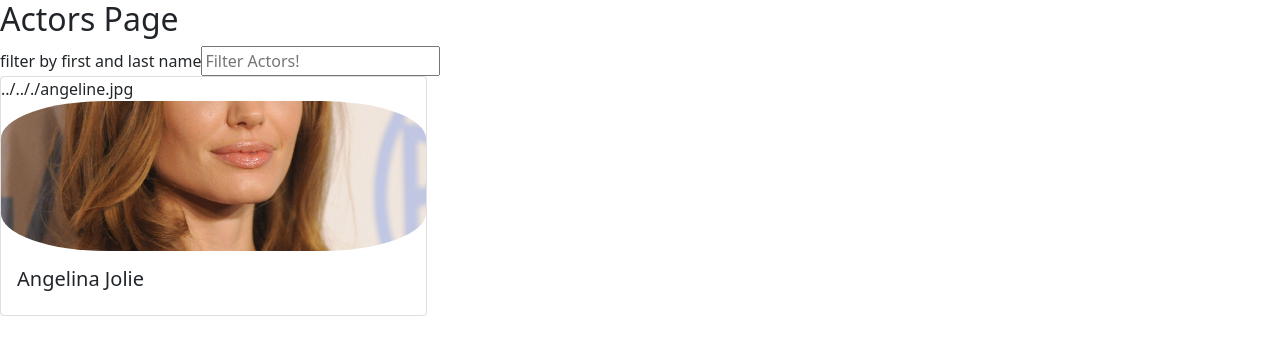
Repository: shuroo/FECourse-react-movieapp
Page: /
These files come from the project's save history. The page is drawn as it stood at one moment and after the next save; the edit follows.
The browser window is 1280 px wide. The pictures show the whole page.
The project was rebuilt for these pictures with package versions that can differ from the ones it lists, and the page was loaded fresh each time. Also part of the build but not shown: src/App.css.

Above is the page before, as saved 2021-07-24 07:22:40.

After the next save:
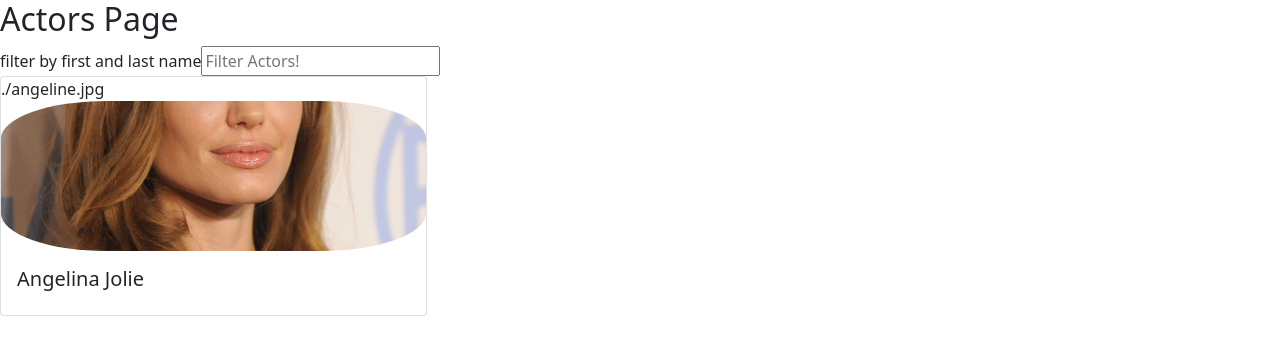
Saved 46 s later.
--- a/src/pages/ActorsPage.jsx
+++ b/src/pages/ActorsPage.jsx
@@ -11,7 +11,7 @@ function ActorsPage() {
     // new ActorModel("Brad", "Pitt", new Date("04/06/1975"), "../public/images/brad_pitt", "https://www.imdb.com/name/nm0000093/"),
     // ]
 
-    const [actors, setActors] = useState([ new ActorModel("Angelina", "Jolie", new Date("04/06/1975"), "../.././angeline.jpg", "https://www.imdb.com/name/nm0001401/")//,
+    const [actors, setActors] = useState([ new ActorModel("Angelina", "Jolie", new Date("04/06/1975"), "./angeline.jpg", "https://www.imdb.com/name/nm0001401/")//,
 //     new ActorModel("Brad", "Pitt", new Date("04/06/1975"), "brad_pitt.jpg", "https://www.imdb.com/name/nm0000093/"),
 //     new ActorModel("Angelina", "Jolie", new Date("04/06/1975"), "angeline.jpg", "https://www.imdb.com/name/nm0001401/"),
 //     new ActorModel("Brad", "Pitt", new Date("04/06/1975"), "brad_pitt.jpg", "https://www.imdb.com/name/nm0000093/"),
